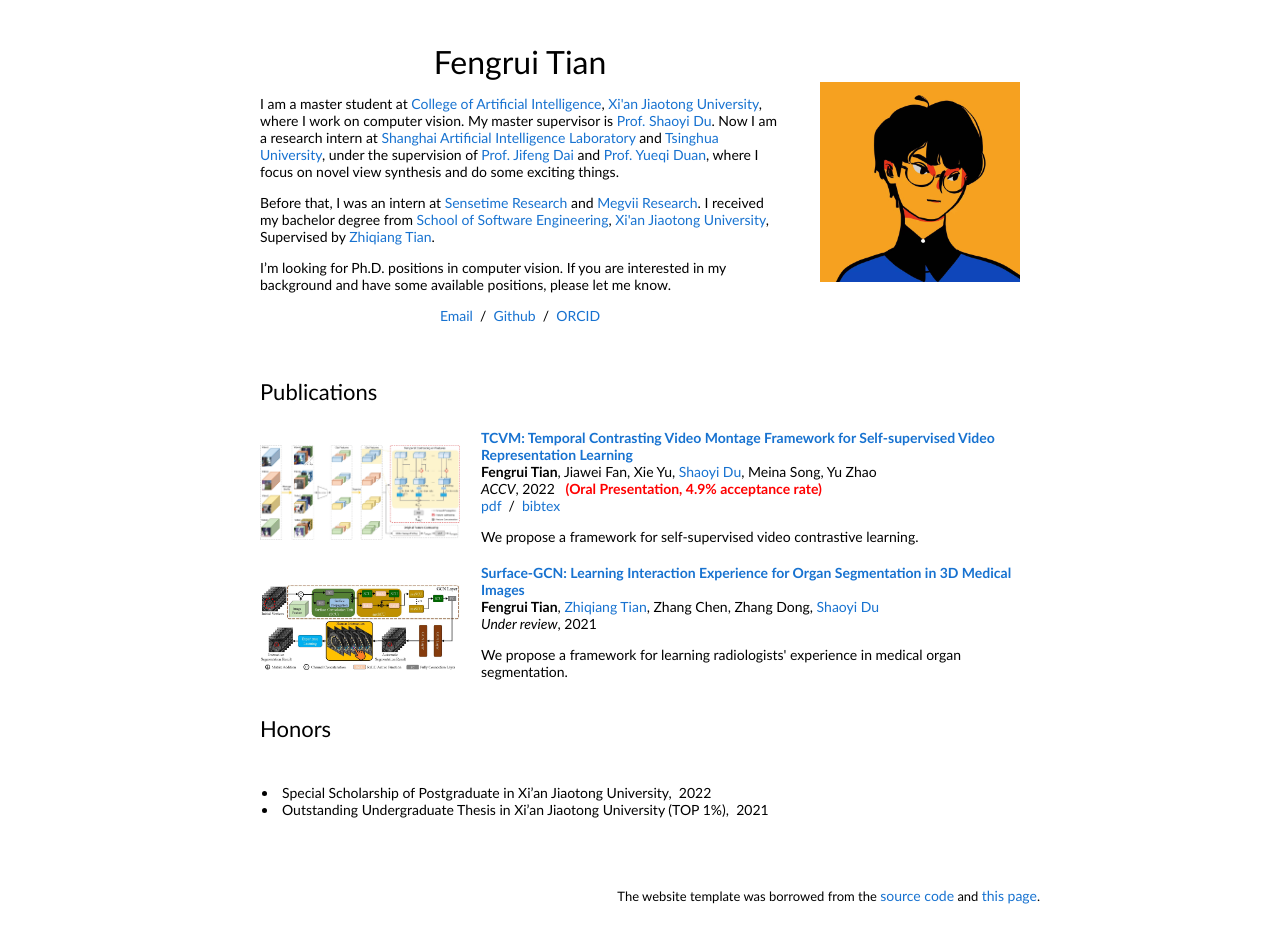
Repository: tianfr/tianfr.github.io
Page: index.html
The author's editor kept a copy of each file at every save. The page is drawn from the files as they stood at one save, then again after the next save.
The browser window is 1280 px wide. The pictures show the whole page.

Above is the page before, as saved 2022-11-20 16:15:19.

### index.html
<!DOCTYPE HTML>
<html lang="en"><head><meta http-equiv="Content-Type" content="text/html; charset=UTF-8">

  <title>Fengrui Tian </title>

  <meta name="author" content="Fengrui Tian">
  <meta name="viewport" content="width=device-width, initial-scale=1">

  <link rel="stylesheet" type="text/css" href="stylesheet.css">
	<link rel="icon" href="data:[embedded picture, 141 characters]">
</head>

<body>
  <table style="width:100%;max-width:800px;border:0px;border-spacing:0px;border-collapse:separate;margin-right:auto;margin-left:auto;"><tbody>
    <tr style="padding:0px">
      <td style="padding:0px">
        <table style="width:100%;border:0px;border-spacing:0px;border-collapse:separate;margin-right:auto;margin-left:auto;"><tbody>
          <tr style="padding:0px">
            <td style="padding:2.5%;width:70%;vertical-align:middle">
              <p style="text-align:center">
                <name>
                  Fengrui Tian
                  <!-- <font face="KaiTi" size="6">田丰瑞</font> -->
                </name>
              </p>
              <p>I am a master student at <a href="http://iair.xjtu.edu.cn/">College of Artificial Intelligence</a>, <a href="http://www.xjtu.edu.cn/">Xi'an Jiaotong University</a>, where I work on computer vision. My master supervisor is <a href="https://gr.xjtu.edu.cn/en/web/dushaoyi/home">Prof. Shaoyi Du</a>. Now I am a research intern at <a href="https://www.shlab.org.cn/">Shanghai Artificial Intelligence Laboratory</a> and <a href="https://www.tsinghua.edu.cn/">Tsinghua University</a>, under the supervision of <a href="https://jifengdai.org/">Prof. Jifeng Dai</a> and  <a href="https://duanyueqi.github.io/">Prof. Yueqi Duan</a>, where I focus on novel view synthesis and do some exciting things.
              </p>
              <p> Before that, I was an intern at <a href="https://www.sensetime.com/">Sensetime Research</a> and
                <a href="https://www.megvii.com/">Megvii Research</a>. I received my bachelor degree from  <a href="https://blog.google/products/google-ar-vr/introducing-next-generation-jump/">School of Software Engineering</a>, <a href="http://www.xjtu.edu.cn/">Xi'an Jiaotong University</a>, Supervised by <a href="https://gr.xjtu.edu.cn/en/web/zhiqiangtian/home">Zhiqiang Tian</a>.
              </p>
              <p>  I’m looking for Ph.D. positions in computer vision. If you are interested in my background and have some available positions, please let me know.
              </p>
              <p style="text-align:center">
                <a href="mailto:tianfr@stu.xjtu.edu.cn">Email</a> &nbsp/&nbsp
                <!-- <a href="data/JonBarron-CV.pdf">CV</a> &nbsp/&nbsp -->
                <!-- <a href="data/JonBarron-bio.txt">Bio</a> &nbsp/&nbsp -->
                <!-- <a href="https://scholar.google.com/citations?hl=en&user=jktWnL8AAAAJ">Google Scholar</a> &nbsp/&nbsp -->
                <!-- <a href="https://twitter.com/jon_barron">Twitter</a> &nbsp/&nbsp -->
                <a href="https://github.com/tianfr/">Github</a> &nbsp/&nbsp
                <a href="https://orcid.org/0000-0002-9577-5276">ORCID</a>
              </p>
            </td>
            <td style="padding:2.5%;width:30%;max-width:40%">
              <a href="images/Fengrui_Tian_avatar.jpg"><img style="width:100%;max-width:100%" alt="profile photo" src="images/Fengrui_Tian_avatar.jpg" class="hoverZoomLink"></a>
            </td>
          </tr>
        <!-- </tbody></table>
        <table style="width:100%;border:0px;border-spacing:0px;border-collapse:separate;margin-right:auto;margin-left:auto;"><tbody>
            <tr>
            <td style="padding:20px;width:100%;vertical-align:middle">
              <heading>Research</heading>
              <p>
                I'm interested in computer vision, machine learning, optimization, and image processing. Much of my research is about inferring the physical world (shape, motion, color, light, etc) from images. Representative papers are <span class="highlight">highlighted</span>.
              </p>
            </td>
          </tr>
        </tbody></table> -->
        <table width="100%" align="center" border="0" cellspacing="0" cellpadding="20"><tbody>
          <tr>
            <td>
              <heading>Publications</heading>
            </td>
          </tr>
        </tbody></table>
        <table style="width:100%;border:0px;border-spacing:0px;border-collapse:separate;margin-right:auto;margin-left:auto;"><tbody>

          <tr onmouseout="dreamfusion_stop()" onmouseover="dreamfusion_start()">
            <td style="padding:20px;width:25%;vertical-align:middle">
              <img src="images/tcvm_overview.jpg" alt="prl" width="200" height="95">
            </td>
            <!-- <td style="padding:20px;width:25%;vertical-align:middle">
              <div class="one">
                <div class="two" id='dreamfusion_image'><video  width=100% height=100% muted autoplay loop>
                <source src="images/dreamfusion.mp4" type="video/mp4">
                Your browser does not support the video tag.
                </video></div>
                <img src='images/tcvm_overview.jpg' width="160">
              </div>
              <script type="text/javascript">
                function dreamfusion_start() {
                  document.getElementById('dreamfusion_image').style.opacity = "1";
                }

                function dreamfusion_stop() {
                  document.getElementById('dreamfusion_image').style.opacity = "0";
                }
                dreamfusion_stop()
              </script>
            </td> -->
            <!-- <td style="padding:20px;width:75%;vertical-align:middle"> -->
            <td width="75%" valign="middle">
              <a href="paper/22accv_tcvm.pdf">
                <papertitle>TCVM: Temporal Contrasting Video Montage Framework for Self-supervised Video Representation Learning</papertitle>
              </a>
              <br>
              <strong>Fengrui Tian</strong>,
              Jiawei Fan,
              Xie Yu,
              <a href="https://gr.xjtu.edu.cn/en/web/dushaoyi/home">Shaoyi Du</a>,
              Meina Song,
              Yu Zhao
              <br>
              <em>ACCV</em>, 2022 &nbsp <font color="red"><strong>(Oral Presentation, 4.9% acceptance rate)</strong></font>
              <br>
              <a href="paper/22accv_tcvm.pdf">pdf</a>  &nbsp/&nbsp
              <a href="data/accv22TCVM.bib">bibtex</a>
              <p></p>
              <p>
              We propose a framework for self-supervised video contrastive learning.
              </p>
            </td>
          </tr>


          <tr>
            <td style="padding:20px;width:25%;vertical-align:middle">
              <img src="images/surfacegcn.jpg" alt="prl" width="200" height="85">
            </td>
            <td width="75%" valign="middle">
              <a href="">
                <papertitle>Surface-GCN: Learning Interaction Experience for Organ Segmentation in 3D Medical Images</papertitle>
              </a>
              <br>
              <strong>Fengrui Tian</strong>,
              <a href="https://gr.xjtu.edu.cn/en/web/zhiqiangtian/home">Zhiqiang Tian</a>,
              Zhang Chen,
              Zhang Dong,
              <a href="https://gr.xjtu.edu.cn/en/web/dushaoyi/home">Shaoyi Du</a>
              <br>
              <em>Under review</em>, 2021
              <br>
              <!-- <a href="data/BarronPRL2009.bib">bibtex</a> -->
              <p>We propose a framework for learning radiologists' experience in medical organ segmentation.</p>
            </td>
          </tr>

        </tbody></table>


        <table width="100%" align="center" border="0" cellspacing="0" cellpadding="20"><tbody>
          <tr>
            <td>
              <heading>Honors</heading>
            </td>
          </tr>
        </tbody></table>
        <table width="100%" align="center" border="0" cellpadding="20"><tbody>
          <tr>
            <td style="padding:20px;width:100%;vertical-align:middle">
              <li>Special Scholarship of Postgraduate in Xi’an Jiaotong University,&nbsp; 2022 </li>
              <li>Outstanding Undergraduate Thesis in Xi’an Jiaotong University (TOP 1%),&nbsp; 2021 </li> <br>
          </td>

          </tr>


        </tbody></table>
        <table style="width:100%;border:0px;border-spacing:0px;border-collapse:separate;margin-right:auto;margin-left:auto;"><tbody>
          <tr>
            <td style="padding:0px">
              <br>
              <p style="text-align:right;font-size:small;">
                The website template was borrowed from the <a href="https://github.com/jonbarron/website">source code</a> and <a href="https://jonbarron.info/"> this page</a>.
              </p>
            </td>
          </tr>
        </tbody></table>
      </td>
    </tr>
  </table>
</body>

</html>

### stylesheet.css
/* latin-ext */
@font-face {
  font-family: 'Lato';
  font-style: italic;
  font-weight: 400;
  src: local('Lato Italic'), local('Lato-Italic'), url(https://fonts.gstatic.com/s/lato/v15/S6u8w4BMUTPHjxsAUi-qNiXg7eU0.woff2) format('woff2');
  unicode-range: U+0100-024F, U+0259, U+1E00-1EFF, U+2020, U+20A0-20AB, U+20AD-20CF, U+2113, U+2C60-2C7F, U+A720-A7FF;
}
/* latin */
@font-face {
  font-family: 'Lato';
  font-style: italic;
  font-weight: 400;
  src: local('Lato Italic'), local('Lato-Italic'), url(https://fonts.gstatic.com/s/lato/v15/S6u8w4BMUTPHjxsAXC-qNiXg7Q.woff2) format('woff2');
  unicode-range: U+0000-00FF, U+0131, U+0152-0153, U+02BB-02BC, U+02C6, U+02DA, U+02DC, U+2000-206F, U+2074, U+20AC, U+2122, U+2191, U+2193, U+2212, U+2215, U+FEFF, U+FFFD;
}
/* latin-ext */
@font-face {
  font-family: 'Lato';
  font-style: italic;
  font-weight: 700;
  src: local('Lato Bold Italic'), local('Lato-BoldItalic'), url(https://fonts.gstatic.com/s/lato/v15/S6u_w4BMUTPHjxsI5wq_FQftx9897sxZ.woff2) format('woff2');
  unicode-range: U+0100-024F, U+0259, U+1E00-1EFF, U+2020, U+20A0-20AB, U+20AD-20CF, U+2113, U+2C60-2C7F, U+A720-A7FF;
}
/* latin */
@font-face {
  font-family: 'Lato';
  font-style: italic;
  font-weight: 700;
  src: local('Lato Bold Italic'), local('Lato-BoldItalic'), url(https://fonts.gstatic.com/s/lato/v15/S6u_w4BMUTPHjxsI5wq_Gwftx9897g.woff2) format('woff2');
  unicode-range: U+0000-00FF, U+0131, U+0152-0153, U+02BB-02BC, U+02C6, U+02DA, U+02DC, U+2000-206F, U+2074, U+20AC, U+2122, U+2191, U+2193, U+2212, U+2215, U+FEFF, U+FFFD;
}
/* latin-ext */
@font-face {
  font-family: 'Lato';
  font-style: normal;
  font-weight: 400;
  src: local('Lato Regular'), local('Lato-Regular'), url(https://fonts.gstatic.com/s/lato/v15/S6uyw4BMUTPHjxAwXiWtFCfQ7A.woff2) format('woff2');
  unicode-range: U+0100-024F, U+0259, U+1E00-1EFF, U+2020, U+20A0-20AB, U+20AD-20CF, U+2113, U+2C60-2C7F, U+A720-A7FF;
}
/* latin */
@font-face {
  font-family: 'Lato';
  font-style: normal;
  font-weight: 400;
  src: local('Lato Regular'), local('Lato-Regular'), url(https://fonts.gstatic.com/s/lato/v15/S6uyw4BMUTPHjx4wXiWtFCc.woff2) format('woff2');
  unicode-range: U+0000-00FF, U+0131, U+0152-0153, U+02BB-02BC, U+02C6, U+02DA, U+02DC, U+2000-206F, U+2074, U+20AC, U+2122, U+2191, U+2193, U+2212, U+2215, U+FEFF, U+FFFD;
}
/* latin-ext */
@font-face {
  font-family: 'Lato';
  font-style: normal;
  font-weight: 700;
  src: local('Lato Bold'), local('Lato-Bold'), url(https://fonts.gstatic.com/s/lato/v15/S6u9w4BMUTPHh6UVSwaPGQ3q5d0N7w.woff2) format('woff2');
  unicode-range: U+0100-024F, U+0259, U+1E00-1EFF, U+2020, U+20A0-20AB, U+20AD-20CF, U+2113, U+2C60-2C7F, U+A720-A7FF;
}
/* latin */
@font-face {
  font-family: 'Lato';
  font-style: normal;
  font-weight: 700;
  src: local('Lato Bold'), local('Lato-Bold'), url(https://fonts.gstatic.com/s/lato/v15/S6u9w4BMUTPHh6UVSwiPGQ3q5d0.woff2) format('woff2');
  unicode-range: U+0000-00FF, U+0131, U+0152-0153, U+02BB-02BC, U+02C6, U+02DA, U+02DC, U+2000-206F, U+2074, U+20AC, U+2122, U+2191, U+2193, U+2212, U+2215, U+FEFF, U+FFFD;
}

a {
  color: #1772d0;
  text-decoration: none;
}

a:focus,
a:hover {
  color: #f09228;
  text-decoration: none;
}

body,
td,
th,
tr,
p,
a {
  font-family: 'Lato', Verdana, Helvetica, sans-serif;
  font-size: 14px
}

strong {
  font-family: 'Lato', Verdana, Helvetica, sans-serif;
  font-size: 14px;
}

heading {
  font-family: 'Lato', Verdana, Helvetica, sans-serif;
  font-size: 22px;
}

papertitle {
  font-family: 'Lato', Verdana, Helvetica, sans-serif;
  font-size: 14px;
  font-weight: 700
}

name {
  font-family: 'Lato', Verdana, Helvetica, sans-serif;
  font-size: 32px;
}

.one {
  width: 160px;
  height: 160px;
  position: relative;
}

.two {
  width: 160px;
  height: 160px;
  position: absolute;
  transition: opacity .2s ease-in-out;
  -moz-transition: opacity .2s ease-in-out;
  -webkit-transition: opacity .2s ease-in-out;
}

.fade {
  transition: opacity .2s ease-in-out;
  -moz-transition: opacity .2s ease-in-out;
  -webkit-transition: opacity .2s ease-in-out;
}

span.highlight {
  background-color: #ffffd0;
}

After the next save:
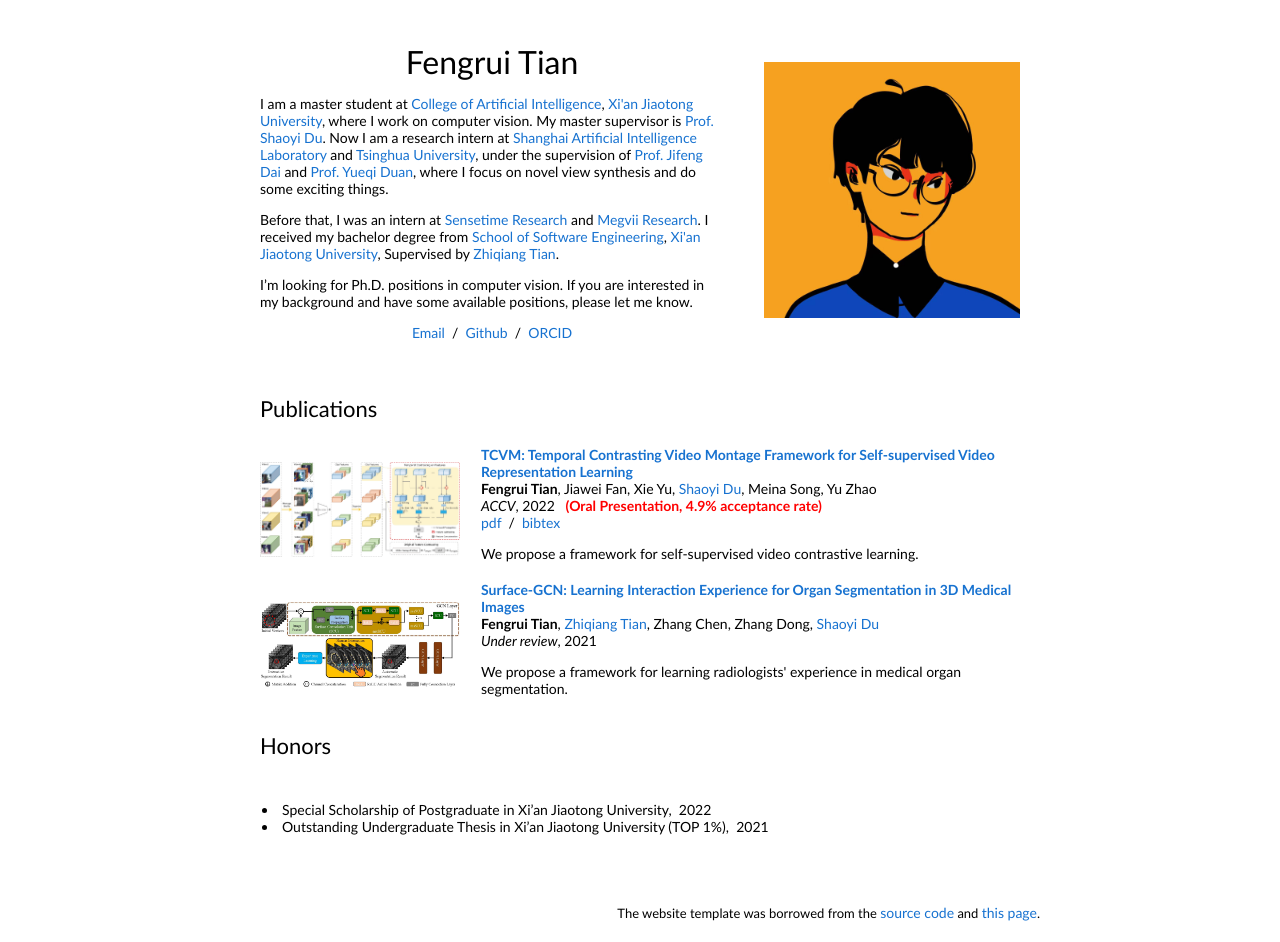
Saved 17 s later.
--- a/index.html
+++ b/index.html
@@ -16,7 +16,7 @@
       <td style="padding:0px">
         <table style="width:100%;border:0px;border-spacing:0px;border-collapse:separate;margin-right:auto;margin-left:auto;"><tbody>
           <tr style="padding:0px">
-            <td style="padding:2.5%;width:70%;vertical-align:middle">
+            <td style="padding:2.5%;width:63%;vertical-align:middle">
               <p style="text-align:center">
                 <name>
                   Fengrui Tian
@@ -40,7 +40,7 @@
                 <a href="https://orcid.org/0000-0002-9577-5276">ORCID</a>
               </p>
             </td>
-            <td style="padding:2.5%;width:30%;max-width:40%">
+            <td style="padding:2.5%;width:40%;max-width:40%">
               <a href="images/Fengrui_Tian_avatar.jpg"><img style="width:100%;max-width:100%" alt="profile photo" src="images/Fengrui_Tian_avatar.jpg" class="hoverZoomLink"></a>
             </td>
           </tr>
